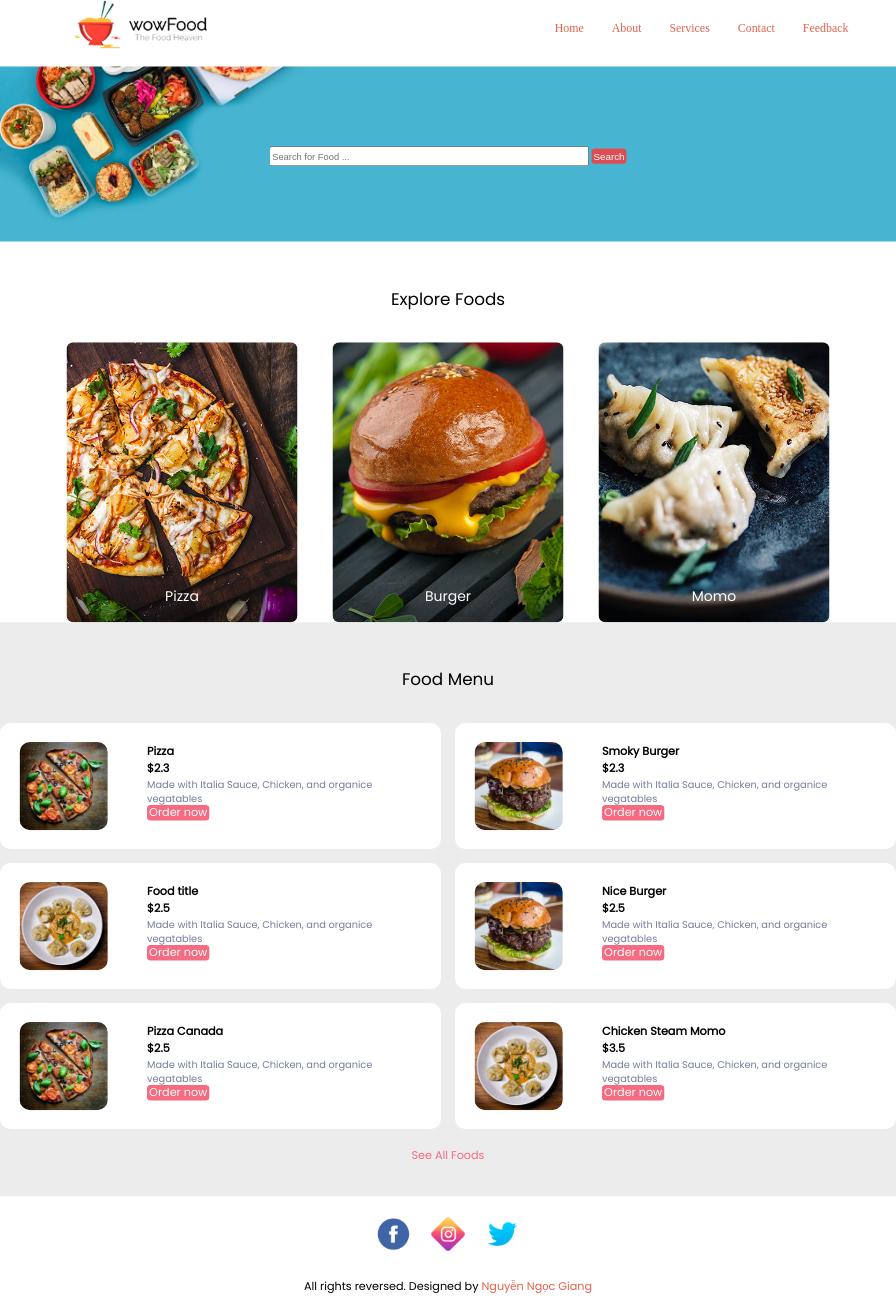
Repository: ruaruababa/WowFood
Page: index.html
These files come from the project's save history. The page is drawn as it stood at one moment and after a run of saves; the edit follows.
The browser window is 1280 px wide. The pictures show the whole page, at 70% of full size.

Above is the page before, as saved 2021-09-19 17:20:53.

### index.html
<!DOCTYPE html>
<html lang="en">
  <head>
    <meta charset="UTF-8" />
    <meta http-equiv="X-UA-Compatible" content="IE=edge" />
    <meta name="viewport" content="width=device-width, initial-scale=1.0" />
    <title>Document</title>
    <link rel="stylesheet" href="./style.css" />
    <link rel="stylesheet" href="./reset.css" />
    <link rel="preconnect" href="https://fonts.googleapis.com" />
    <link rel="preconnect" href="https://fonts.gstatic.com" crossorigin />
    <link
      href="https://fonts.googleapis.com/css2?family=Poppins:wght@400&display=swap"
      rel="stylesheet"
    />
    <link
      rel="stylesheet"
      href="https://cdnjs.cloudflare.com/ajax/libs/font-awesome/5.15.4/css/all.min.css"
      integrity="sha512-1ycn6IcaQQ40/MKBW2W4Rhis/DbILU74C1vSrLJxCq57o941Ym01SwNsOMqvEBFlcgUa6xLiPY/NS5R+E6ztJQ=="
      crossorigin="anonymous"
      referrerpolicy="no-referrer"
    />
  </head>

  <body>
    <nav>
      <input type="checkbox" id="check" />
      <label for="check" class="checkbtn">
        <i class="fas fa-bars"></i>
      </label>
      <label class="logo">
        <img src="./img/logo.png" alt="" class="img-logo" />
      </label>
      <ul>
        <li><a class="active" href="#">Home</a></li>
        <li><a href="#">About</a></li>
        <li><a href="#">Services</a></li>
        <li><a href="#">Contact</a></li>
        <li><a href="#">Feedback</a></li>
      </ul>
    </nav>
    <section  id="section-search">
      <div class="container-nav">
        <div class="background-search">
          <img src="./img/bg.jpg" alt="bgr-search" />
        </div>
        <div class="form">
          <input
            type="text"
            placeholder="Search for Food ..."
            class="input-search"
          />
          <!-- <button class="btn-search">Search</button> -->
          <input type="button" value="Search" class="btn-search" />
        </div>
      </div>
    </section>
    <section>
      <div class="container-section">
        <div class="explore-food">Explore Foods</div>
        <div class="collection-food">
          <ul class="list-food">
            <li class="item">
              <img src="./img/pizza.jpg" alt="" /><span>Pizza</span>
            </li>
            <li class="item">
              <img src="./img/burger.jpg" alt="" /><span>Burger</span>
            </li>
            <li class="item">
              <img src="./img/momo.jpg" alt="" /><span>Momo</span>
            </li>
          </ul>
        </div>
      </div>
    </section>
    <article>
      <div class="container-article">
        <div class="title-food-menu">Food Menu</div>
        <div class="container-menu">
          <div class="container-item">
            <img src="./img/menu-pizza.jpg" alt="" class="bgr-item" />
            <div class="item-content">
              <h6 class="title-item">Pizza</h6>
              <span class="price-item">$2.3</span>
              <p class="des-item">
                Made with Italia Sauce, Chicken, and organice vegatables
              </p>
              <a href="" class="oder-item">Order now</a>
            </div>
          </div>
          <div class="container-item">
            <img src="./img/menu-burger.jpg" alt="" class="bgr-item" />
            <div class="item-content">
              <h6 class="title-item">Smoky Burger</h6>
              <span class="price-item">$2.3</span>
              <p class="des-item">
                Made with Italia Sauce, Chicken, and organice vegatables
              </p>
              <a href="" class="oder-item">Order now</a>
            </div>
          </div>
          <div class="container-item">
            <img src="./img/menu-momo.jpg" alt="" class="bgr-item" />
            <div class="item-content">
              <h6 class="title-item">Food title</h6>
              <span class="price-item">$2.5</span>
              <p class="des-item">
                Made with Italia Sauce, Chicken, and organice vegatables
              </p>
              <a href="" class="oder-item">Order now</a>
            </div>
          </div>
          <div class="container-item">
            <img src="./img/menu-burger.jpg" alt="" class="bgr-item" />
            <div class="item-content">
              <h6 class="title-item">Nice Burger</h6>
              <span class="price-item">$2.5</span>
              <p class="des-item">
                Made with Italia Sauce, Chicken, and organice vegatables
              </p>
              <a href="" class="oder-item">Order now</a>
            </div>
          </div>
          <div class="container-item">
            <img src="./img/menu-pizza.jpg" alt="" class="bgr-item" />
            <div class="item-content">
              <h6 class="title-item">Pizza Canada</h6>
              <span class="price-item">$2.5</span>
              <p class="des-item">
                Made with Italia Sauce, Chicken, and organice vegatables
              </p>
              <a href="" class="oder-item">Order now</a>
            </div>
          </div>
          <div class="container-item">
            <img src="./img/menu-momo.jpg" alt="" class="bgr-item" />
            <div class="item-content">
              <h6 class="title-item">Chicken Steam Momo</h6>
              <span class="price-item">$3.5</span>
              <p class="des-item">
                Made with Italia Sauce, Chicken, and organice vegatables
              </p>
              <a href="" class="oder-item">Order now</a>
            </div>
          </div>
        </div>
        <div class="footer-food-menu">
          <a href="#" class="see-all-foods">See All Foods</a>
        </div>
      </div>
    </article>
    <footer>
      <div class="container-footer">
        <div class="social-network-icon">
          <div class="icon-fb">
            <a href="https://www.facebook.com/WowFoodPage"
              ><img src="./img/facebook_icon-icons.com_59205.png" alt=""
            /></a>
          </div>
          <div class="icon-insta">
            <a href="https://www.instagram.com/wowfoodrus/"
              ><img src="./img/intsa-icon.png" alt=""
            /></a>
          </div>
          <div class="icon-twitter">
            <a href="https://twitter.com/WOWFoodPics"
              ><img src="./img/twitter_socialnetwork_20007.png" alt=""
            /></a>
          </div>
        </div>
        <div class="license">
          <p>
            All rights reversed. Designed by <a href="">Nguyễn Ngọc Giang</a>
          </p>
        </div>
      </div>
    </footer>
  </body>
  <!-- <script src="/main.js"></script> -->
</html>

### style.css
body {
  overflow-x: scroll;
}
li {
  text-decoration: none;
}
a {
  text-decoration: none;
}

nav{
  height: 80px;
  width: 100%;
}
label.logo{
  padding: 0 100px;
}
nav ul{
  float: right;
  margin-right: 50px;
}
nav ul li{
  display: inline-block;
  line-height: 80px;
  margin: 0 5px;
}
nav ul li a{
  color: #e7614a;
  font-size: 17px;
  padding: 7px 13px;
  border-radius: 3px;
}

.checkbtn{
  font-size: 30px;
  color: white;
  float: right;
  line-height: 80px;
  margin-right: 40px;
  cursor: pointer;
  display: none;
}
#check{
  display: none;
}

ul:hover li {
  filter:blur(3px);
  opacity: .5;
  transform: scale(.98);
  box-shadow:none;
}

ul:hover li:hover{
  transform:scale(1.2);
  filter:blur(0px);
  opacity:1;
  box-shadow:0 8px 20px 0px rgba(0,0,0,0.125);
}


.container-nav {
  text-align: center;
  margin-top: 15px;
}

.background-search {
  height: 250px;
}

.background-search img {
  height: inherit;
  width: 100%;
  object-fit: cover;
}

.form {
  width: 100%;
  position: absolute;
  top: 50%;
  left: 50%;
  transform: translate(-50%, -50%);
  height: 22px;
}

.input-search {
  width: 35%;
  height: inherit;
}

.btn-search {
  background-color: rgba(250, 59, 59, 0.849);
  border: none;
  border-radius: 5px;
  font-size: 14px;
  color: white;
  cursor: pointer;
  padding: 3px;
}

section {
  position: relative;
}

.explore-food {
  padding-top: 70px;
  text-align: center;
  font-size: 24px;
  font-family: "Poppins", sans-serif;
}

.list-food {
  margin-top: 50px;
  display: flex;
  justify-content: center;
  column-gap: 50px;
}

.list-food li {
  width: 330px;
  height: 400px;
  transition: 0.2s all;
}

.list-food li:hover {
  transform: scale(1.1);
}

.list-food li img {
  width: 100%;
  height: 100%;
  object-fit: cover;
  border-radius: 10px;
}

.list-food li span {
  font-family: "Poppins", sans-serif;
  display: block;
  font-size: 20px;
  text-align: center;
  color: #ffffff;
  margin-top: -50px;
}

article {
  background-color: #ececec;
}

.title-food-menu {
  padding-top: 70px;
  font-size: 24px;
  text-align: center;
  font-family: "Poppins", sans-serif;
}

.container-menu {
  padding-top: 50px;
  display: grid;
  grid-gap: 20px;
  grid-template-columns: repeat(auto-fit, minmax(550px, 1fr));
  grid-auto-rows: 180px;
  justify-items: center;
  font-family: "Poppins", sans-serif;
}

.container-item:nth-child(odd) {
  justify-self: end;
}

.container-item:nth-child(even) {
  justify-self: start;
}

.container-item {
  background-color: #ffffff;
  display: flex;
  align-items: center;
  border-radius: 15px;
}

.container-item img {
  width: 25%;
  height: 70%;
  object-fit: cover;
  border-radius: 15px;
  margin: 0 28px;
}

.container-item .item-content {
  width: 100%;
  height: 70%;
  object-fit: cover;
  border-radius: 15px;
  margin: 0 28px;
}

.item-content {
  display: inline-block;
}

.title-item {
  font-size: 16px;
  font-weight: bold;
  line-height: 25px;
}

.price-item {
  line-height: 25px;
  font-weight: bold;
}

.des-item {
  font-size: 14px;
  line-height: 20px;
  color: #747d9c;
}

.oder-item {
  text-decoration: none;
  background-color: #f56b81;
  color: white;
  border-radius: 5px;
  padding: 3px;
  display: inline-block;
}

.footer-food-menu {
  margin-top: 30px;
}

.see-all-foods {
  display: block;
  text-align: center;
  text-decoration: none;
  color: #f56b81;
  padding-bottom: 50px;
  font-family: "Poppins", sans-serif;
  transition: 0.2s all;
}

.see-all-foods:hover {
  text-decoration: underline;
  transform: scale(1.1);
}

.social-network-icon {
  display: flex;
  justify-content: center;
  margin-top: 30px;
}

.icon-insta {
  margin: 0 30px;
}

.license {
  margin-top: 40px;
  margin-bottom: 30px;
  font-family: "Poppins", sans-serif;
}

.license p {
  text-align: center;
}

.license p a {
  text-decoration: none;
  color: #e7614a;
}

@media (max-width: 952px){
  label.logo{
    padding-left: 50px;
  }
  nav ul li a{
    font-size: 16px;
  }
}
@media (max-width: 858px){
  i{
    color: black;
  }
  .checkbtn{
    display: block;
  }
  ul{
    position: fixed;
    width: 100%;
    height: 100vh;
    left: -100%;
    text-align: center;
    transition: all .5s;
  }
  nav ul li{
    display: block;
    margin: 10px 0;
    line-height: 30px;
  }
  nav ul li a{
    font-size: 20px;
  }

  #check:checked ~ ul{
    left: 0;
  }
}
section{
  position: relative;
}

Loaded but not shown: reset.css (common file)

After the next 2 saves:
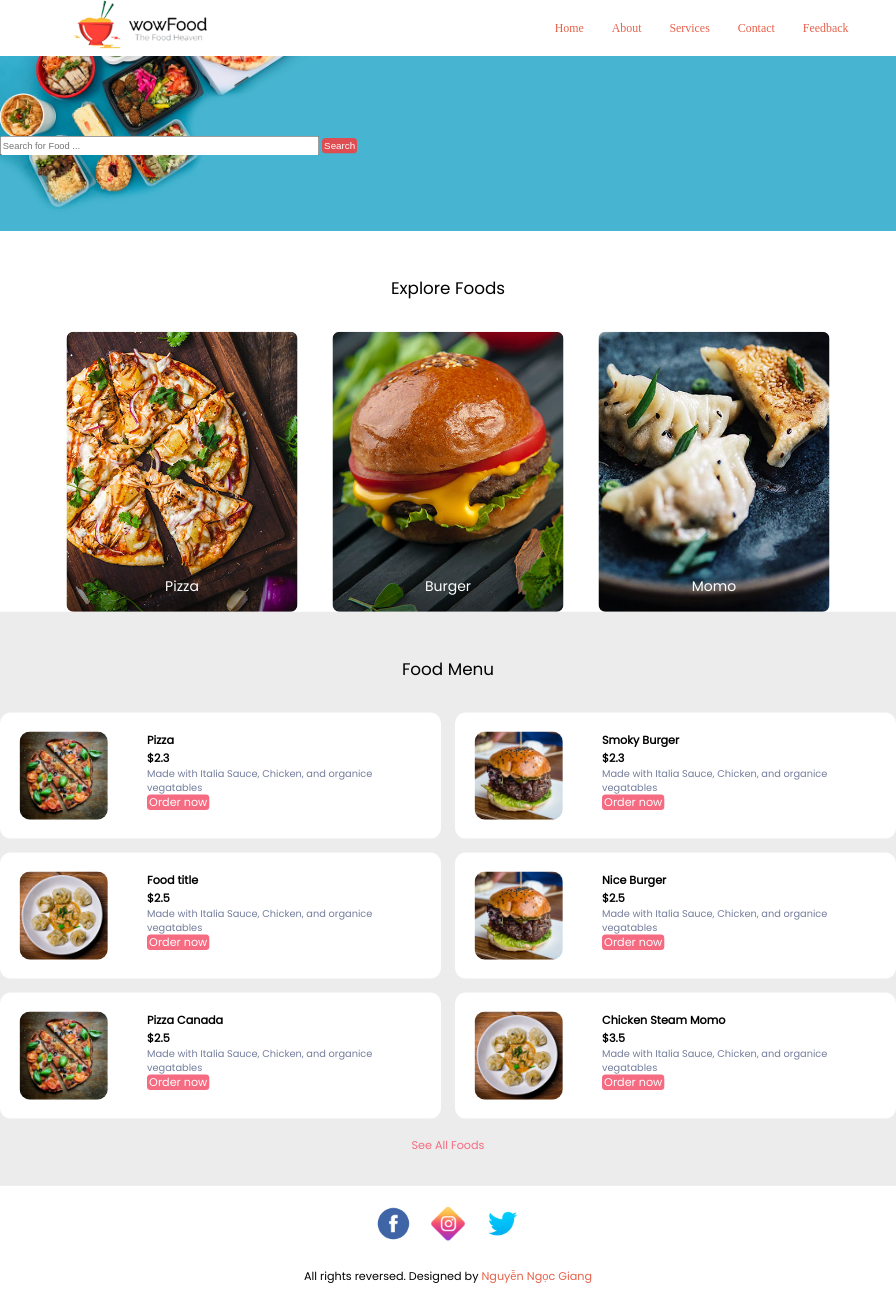
The 2 saves are shown as one change because they came seconds apart.
The last was saved 11 s later.
--- a/index.html
+++ b/index.html
@@ -40,7 +40,7 @@
       </ul>
     </nav>
     <section  id="section-search">
-      <div class="container-nav">
+      <div class="container-section">
         <div class="background-search">
           <img src="./img/bg.jpg" alt="bgr-search" />
         </div>
